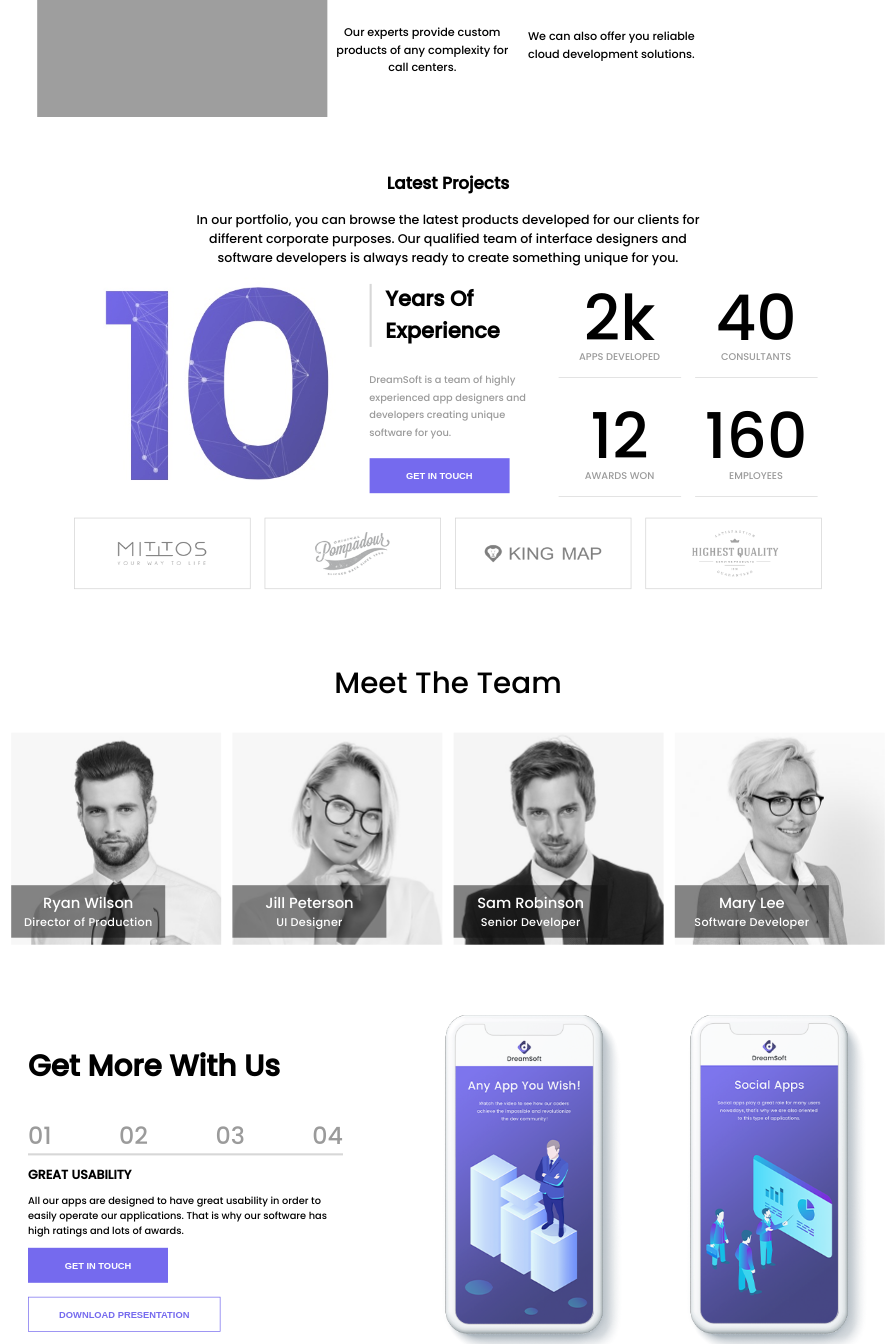
Repository: kkyler24/ladders-bootcamp-awesome
Page: index.html
An editor plug-in stored every save of this project. The page is shown before and after the next save, followed by the edit.
The browser window is 1280 px wide. The pictures show the part of the page from y = 1172 to 3092 px (the page is 5946 px tall before and 5973 px after), at 70% of full size.
Pictures or frames that could not be fetched are drawn as grey boxes.

Above is the page before, as saved 2021-03-19 16:11:36.

### index.html
<!DOCTYPE html>
<html lang="en">
  <head>
    <meta charset="UTF-8" />
    <meta name="viewport" content="width=device-width, initial-scale=1.0" />
    <link rel="stylesheet" href="style.css" />
    <link rel="stylesheet" href="kstyle.css" />
    <link rel="preconnect" href="https://fonts.gstatic.com">
    <link href="https://fonts.googleapis.com/css2?family=Poppins:wght@500&display=swap" rel="stylesheet">
    <title>Demo</title>
  </head>
  <body>
    <header></header>
    <nav class="container-nav">
      <a class="logopic">
        <img src="./img/jumbotron/logo-default-191x52.png" alt="MCLA LOGO"   height="63.99" width="220">
      </a>
      <div class="nav-link">
      <ul>
        <li class=" list-inline">
          <a href="./index.html">Home</a>
        </li>
        <li class="nav-item active list-inline">
          <a href="./index.html">About Us</a>
        </li>
        <li class="nav-item active list-inline">
          <a href="./index.html">Gallery</a>
        </li>
        <li class="nav-item active list-inline">
          <a href="./index.html">Pricing</a>
        </li>
        <li class="nav-item active list-inline">
          <a href="./index.html">Blog</a>
        </li>
      </ul>
    </div>
      <!-- <button></button> -->

    </nav>
    <!-- jumbotron 3 slides -->
    <div id="jumbotron" class="carousel">
      <!-- <ul class ="carousel-indicators">
          <li data-target="#carouselExampleCaptions" data-slide-to="0" class="active"></li>
          <li data-target="#carouselExampleCaptions" data-slide-to="1"></li>
          <li data-target="#carouselExampleCaptions" data-slide-to="2"></li>
          <li data-target="#carouselExampleCaptions" data-slide-to="3"></li>
      </ul> -->
      <div class="container-jumbo">
          <div class="carousel-item">
              <img id="jumboimgOne"src="./img/jumbotron/jess-bailey-q10VITrVYUM-unsplash.jpg"  alt="..." />
              <div class="jumboheadline">
                <h2 class="jumbotext">Mobile App Development</h2><br>
                  <div id="indext">
                    <p class="jumboPara"> Since our establishment, we have delivering high-quality and sutainable <br> software solutions for corporate purpose of worldwide business.</p>
                  </div>

              </div>
          </div>
          <!-- <div class="carousel-item">
              <img src="Assets/diversity2gether.jpg" class="d-block w-100" alt="..." />
              <div class="carousel-caption d-none d-md-block">
                  <h5>We Celebrate diversity</h5>
              </div>
          </div>
          <div class="carousel-item">
              <img src="Assets/womensrights.jpg" class="d-block w-100" alt="..." />
              <div class="carousel-caption d-none d-md-block">
                  <h5> We charise our choices</h5>
              </div>
          </div>
          <div class="carousel-item">
              <img src="Assets/climate.jpg" class="d-block w-100" alt="..." />
              <div class="carousel-caption d-none d-md-block">
                  <h5> We protect whats ours</h5>
              </div> -->
          </div>
      </div>
  </div>
  <!-- <a class="carousel-control-prev" href="#carouselExampleCaptions" role="button" data-slide="prev">
      <span class="carousel-control-prev-icon" aria-hidden="true"></span>
      <span class="sr-only">Previous</span>
  </a>
  <a class="carousel-control-next" href="#carouselExampleCaptions" role="button" data-slide="next">
      <span class="carousel-control-next-icon" aria-hidden="true"></span>
      <span class="sr-only">Next</span>
  </a> -->
</div>

    </section>

    <section class="all-service-section">
      <!-- see all services -->
          <div class="all-services-img">
            <img src="https://ld-wt73.template-help.com/wt_prod-18959/images/index-1-415x592.jpg" alt="" width="415" height="592">
          </div>

          <div class="all-services-container">

              <div class="corporate-solutions-block">
                <h3 class="all-services-h3">See All Services</h3>
                <button class="all-services-button">All Services</button>
              </div>
              <div class="corporate-solutions-block">
                <img src="./img/icon-phone.PNG" alt="">
                <h4 class="services-title-h4">CORPORATE SOLUTIONS</h4>
                <p class="corporate-solutions-text">Need specific software for your company? We are ready to develop it!</p>
              </div>
              <div class="corporate-solutions-block">
                <img src="./img/icon-headset.PNG" alt="">
                <h4 class="services-title-h4">CALL CENTER SOLUTIONS</h4>
                <p class="corporate-solutions-text">Our experts provide custom products of any complexity for call centers.</p>
              </div>
              <div class="corporate-solutions-block">
                <img src="./img/icon-cloud-box.PNG" alt="">
                <h4 class="services-title-h4">CLOUD DEVELOPMENT</h4>
                <p class="corporate-solutions-text">We can also offer you reliable cloud development solutions.</p>
              </div>

          </div>
    </section>

    <section class="sectThree">
      <!-- latest Projects -->
      <div class="latestPro">
        <h1 id="latestPro"> Latest Projects</h1>
        <p id="latestPara">In our portfolio, you can browse the latest products developed for our clients for different corporate purposes. Our qualified team of interface designers and software developers is always ready to create something unique for you.</p>
        <div></div>

      </div>
    </section>

    <section class="achievements-section">
      <!-- achievements -->
      <figure>
      <img src="./img/10.jpg" alt="Animated number ten" height="300" />
      </figure>
      <div class="years-of-experience-container">
        <h1>Years Of Experience</h1>
        <p>
          DreamSoft is a team of highly experienced app designers and developers
          creating unique software for you.
        </p>
        <button class="get-in-touch-button">Get in touch</button>
      </div>
      <div class="achievements-numbers-container">
        <div class="achievements-numbers-block">
          <h2>2k</h2>
          <p>APPS DEVELOPED</p>
        </div>
        <div class="achievements-numbers-block">
          <h2>40</h2>
          <p>CONSULTANTS</p>
        </div>
        <div class="achievements-numbers-block">
          <h2>12</h2>
          <p>AWARDS WON</p>
        </div>
        <div class="achievements-numbers-block">
          <h2>160</h2>
          <p>EMPLOYEES</p>
        </div>
      </div>
      <div class="logo-links-container">
        <figure>
          <img src="./img/clients-9-270x117.png" alt="Mittos Logo" >
        </figure>
        <figure>
          <img src="./img/clients-10-270x117.png" alt="Pompadour Logo" >
        </figure>
        <figure>
          <img src="./img/clients-3-270x117.png" alt="King Map Logo" >
        </figure>
        <figure>
          <img src="./img/clients-11-270x117.png" alt="Highest Quality Logo" >
        </figure>
      </div>
    </section>

    <section class="meet-the-team-section">
      <!-- meet the team -->
      <h2 class="meet-the-team-h2">Meet The Team</h2>

      <div class="meet-the-team-main-container">

          <div class="meet-team-block">
            <img src="./img/ryan-wilson.jpg" alt="">

            <div class="meet-team-text-block">
              <h4 class="meet-the-team-h4">Ryan Wilson</h4>
              <p class="meet-the-team-p">Director of Production</p>
            </div>
          </div>
          <div class="meet-team-block">
            <img src="./img/jill-peterson.jpg" alt="">

            <div class='meet-team-text-block'>
              <h4 class="meet-the-team-h4">Jill Peterson</h4>
              <p class="meet-the-team-p">UI Designer</p>
            </div>
          </div>
          <div class="meet-team-block">
            <img src="./img/sam-robinson.jpg" alt="">

            <div class='meet-team-text-block'>
              <h4 class="meet-the-team-h4">Sam Robinson</h4>
              <p class="meet-the-team-p">Senior Developer</p>
            </div>
          </div>
          <div class="meet-team-block">
            <img src="./img/mary-lee.jpg" alt="">

            <div class='meet-team-text-block'>
              <h4 class="meet-the-team-h4">Mary Lee</h4>
              <p class="meet-the-team-p">Software Developer</p>
            </div>
          </div>

      </div>
    </section>

    <section class="get-more-with-us-section">
      <!-- Get more with us -->
      <section class="get-more-with-us">
        <h1>Get More With Us</h1>
        <div class="numbers">
          <p>01</p>
          <p>02</p>
          <p>03</p>
          <p>04</p>
        </div>
        <h2>GREAT USABILITY</h2>
        <p class="get-more-about-project">
          All our apps are designed to have great usability in
          order to easily operate our applications.
          That is why our software has high ratings and lots of awards.
        </p>
        <button class="get-in-touch-button">Get in touch</button>
        <button class="download-presentation-button">Download presentation</button>
      </section>
      <img src="img/index-4-261x484.png" alt="Screen with Any App You Wish">
      <img src="img/index-5-261x484.png" alt="Screen with Socia Apps">
    </section>

    <section class="what-people-say-section">
      <!-- What People Say -->
      <h2 class="what-people-say-h2">What People Say</h2>

      <div class="what-people-say-main-container">

        <div class="client-container">
          <img src="./img/catherine-wilson.jpg" alt="">
          <div class="client-title">
            <h4 class="client-name-h4">Catherine Williams</h4>
            <p>Regular client</p>
          </div>
          <div class="client-body">
            <p class="client-body-p">DreamSoft offers a high caliber of resources skilled
            in Microsoft Azure .NET, mobile and Quality Assurance. They
            became our true business partners over the past three years.</p>
          </div>
        </div>
        <div class="client-container">
          <img src="./img/rupert-woods.jpg" alt="">
          <div class="client-title">
            <h4 class="client-name-h4">Rupert Wood</h4>
            <p>Regular client</p>
          </div>
          <div class="client-body">
            <p class="client-body-p">DreamSoft powered us with a competent team to develop
            products for banking services. The team has been delivering
            results within budget and time, which is amazing.</p>
          </div>
        </div>
        <div class="client-container">
          <img src="./img/samantha-brown.jpg" alt="">
          <div class="client-title">
            <h4 class="client-name-h4">Samantha Brown</h4>
            <p>Regular client</p>
          </div>
          <div class="client-body">
            <p class="client-body-p">DreamSoft is a highly skilled and uniquely capable
            firm with multitudes of talent on-board. We have
            results within budget and time, which is amazing.
            collaborated on a number of diverse projects that
            have been a great success.</p>
          </div>
        </div>

      </div>

    </section>

    <section class="latest-blog-posts-section">
      <h2 class="what-people-say-h2">Latest Blog Posts</h2>
      <div class="posts-container">
        <div class="post-block">
          <figure>
          <img class="post-cover" src="img/post-10-370x307.jpg">
          <img class="post-date-label" src="img/label.svg">
          <p class="post-label-date">07/04</p>
          </figure>
          <h4 class="block-post-h4">Benefits Of Async/Await</h4>
            <p class="blog-post-p">
            Asynchronous functions are a good and bad thing in JavaScript.
            The good side is that asynchronous functions are non-blocking and…
            </p>
        </div>
        <div class="post-block">
          <figure>
          <img class="post-cover" src="img/post-11-370x307.jpg">
          <img class="post-date-label" src="img/label.svg">
          <p class="post-label-date">07/17</p>
          </figure>
          <h4 class="block-post-h4">Key Considerations Of IPaaS</h4>
            <p class="blog-post-p">
              Digital transformation requires cloud appropriate adoption,
              legacy IT systems modernization, and Agile-based methodologies for faster…
            </p>
        </div>
        <div class="post-block">
          <figure>
          <img class="post-cover" src="img/post-12-370x307.jpg">
          <img class="post-date-label" src="img/label.svg">
          <p class="post-label-date">07/22</p>
          </figure>
          <h4 class="block-post-h4">Hibernate Query Language</h4>
            <p class="blog-post-p">
              In this tutorial, we will discuss the
              Hibernate Query Language. HQL is an object-oriented query language.
              Hibernate Query...
            </p>
        </div>
      </div>
    </section>

    <footer>
      <!-- contacts and info -->
      <section class="footer-contacts">
        <img src="img/logo-inverse-191x52.png" alt="DreamSoft Logo">
        <p class="about-company">
          Our company has been developing high-quality and reliable software
          for corporate needs since 2008. We are renowned professionals of
          software development.</p>
        <div class="address-block-container">
          <div class="one-contact-block">
            <h2>ADDRESS</h2>
            <p>4730 Crystal Springs Dr, Los Angeles, CA 90027</p>
          </div>
          <div class="one-contact-block">
            <h2>PHONES</h2>
            <p>
              <span class="changing-color">+1 323-913-4688</span>
              <span>,</span>
              <span class="changing-color">+1 323-888-4554</span>
            </p>
          </div>
          <div class="one-contact-block">
            <h2>E-MAILS</h2>
            <p>
              <span>info@demolink.org</span>
              <span>,</span>
              <span>mail@demolink.org</span>
            </p>
          </div>
          <div class="social-media-links-container">
            <img src="img/iconfinder_Circled_Facebook.svg" alt="Facebook Icon">
            <img src="img/iconfinder_Circled_Instagram.svg" alt="Facebook Icon">
            <img src="img/iconfinder_Circled_Linkedin.svg" alt="Facebook Icon">
            <img src="img/iconfinder_Circled_Twitter.svg" alt="Facebook Icon">
          </div>
        </div>
      </section>
      <form class="contact-form">
        <h1>Questions? Contact Us</h1>
        <input class="input-field-1" type="text" id="name" name="name" placeholder="Name"><br>
        <input class="input-field-1" type="text" id="email" name="email" placeholder="Email"><br>
        <input class="input-field-2" type="text" id="message" name="message" placeholder="Message"><br>
        <button class="send-message-button">Send message</button>
      </form>
      <section class="what-we-offer">
        <h1>What We Offer</h1>
        <div class="what-we-offer-container">
            <figure class="what-we-offer-item">
              <p>DB Management</p>
              <figure class="triangle"></figure>
            </figure>
            <figure class="what-we-offer-item">
              <p>IOS/MacOS</p>
              <figure class="triangle"></figure>
            </figure>
            <figure class="what-we-offer-item">
              <p>Android Apps</p>
              <figure class="triangle"></figure>
            </figure>
            <figure class="what-we-offer-item">
              <p>Windows Apps</p>
              <figure class="triangle"></figure>
            </figure>
            <figure class="what-we-offer-item">
              <p>UX/UI Apps</p>
              <figure class="triangle"></figure>
          </figure>
        </div>
        </section>
      </footer>
  </body>
</html>

### kstyle.css
html, body{
  overflow-x: hidden;


}

/* Navbar git  */
.container-nav {
  display: flex;
}

.list-inline {
  display: inline;
  list-style-type: none;
  padding-right: 10px;
  font-family: Georgia, "Times New Roman", Times, serif;
}

a.logopic {
  flex-flow: row;
  flex-grow: 3;
}

ul.li.a {
  font-family: "Poppins", sans-serif;
  font-weight: 500;
  color: black;
}

/* Jumbotron */
.jumboPara {
  text-align: center;
}

.jumbotron .container-jumbo {
  max-width: 100%;
  background-color: #222;
}

#jumbotron {
  padding: 30px 0px 30px 0px;
  max-width: 100%;
  background-color: transparent;
  overflow: hidden;
}

.container-jumbo {
  display: flex;
  width: 100%;
  margin: 0 auto;
  height: 561px;
}

.jumbotext {
  text-align: center;
  color: rgb(2, 2, 2);
  font-family: "Raleway", Helvetica, Arial, sans-serif;
  font-weight: 600;
  text-transform: uppercase;
}

.jumboheadline {
  display: flex;
  flex-direction: column;
  height: 506px;
  justify-content: flex-end;
}

#jumboimgOne {
  z-index: 0;
  position: absolute;
  display: flex;
  /* flex-grow: 1; */
  width: 100%;
  overflow-x: hidden;
}

.carousel-item {
  text-align: center;
  width: 100%;
}

.carousel-item,
.jumbotext,
#indext {
  position: relative;
  z-index: 2;
}

/* latest Section */

.sectThree{
  display: flex;
  font-family: "Poppins", sans-serif;
  text-align: center;
}

#latestPara{
 font-size: 18px;
 /* padding: 0px 20px 0px 20px; */
 margin: auto 20% auto 20%;
}

Loaded but not shown: style.css (628 lines, source omitted)

After the next save:
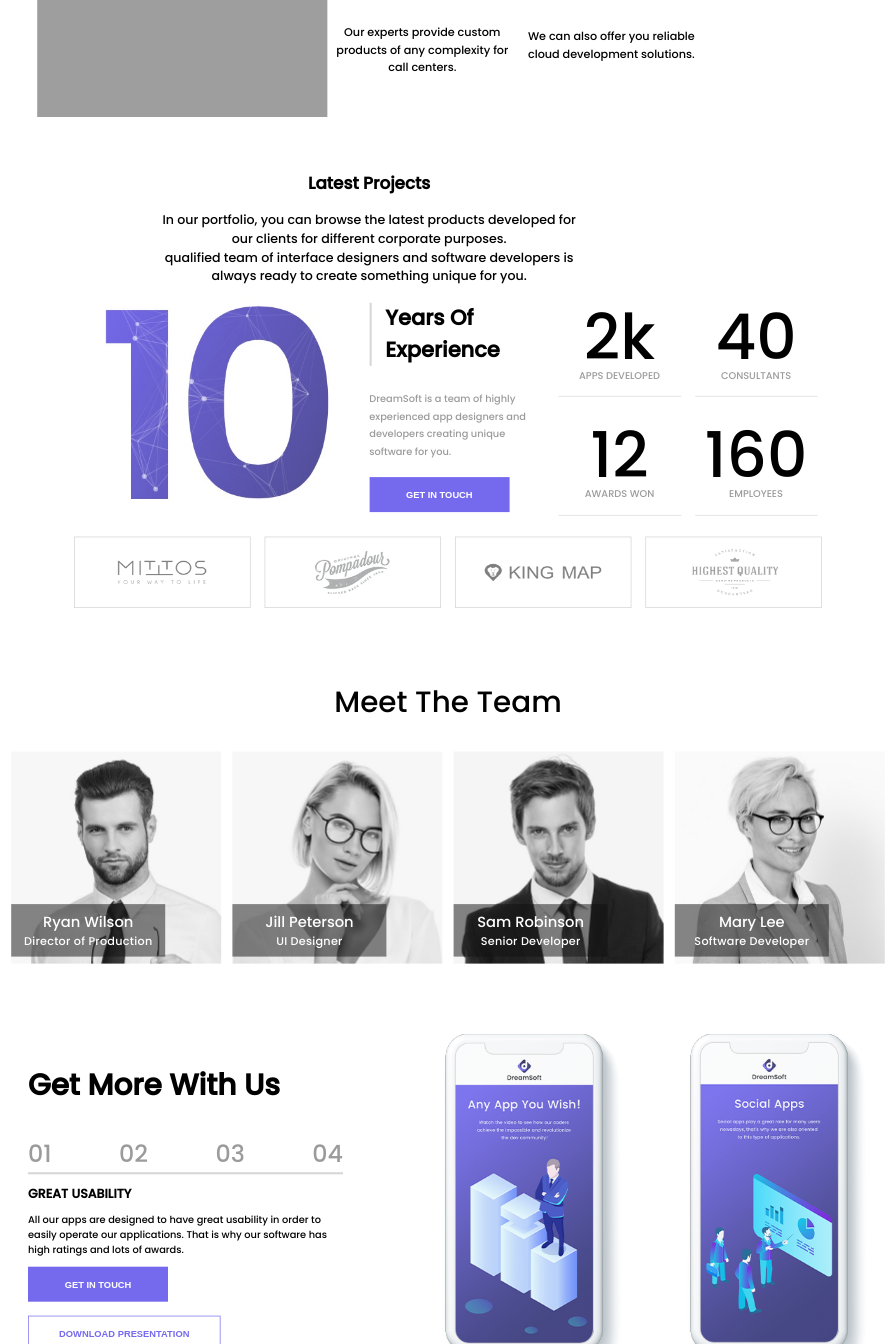
Saved 61 s later.
--- a/index.html
+++ b/index.html
@@ -123,7 +123,7 @@
       <!-- latest Projects -->
       <div class="latestPro">
         <h1 id="latestPro"> Latest Projects</h1>
-        <p id="latestPara">In our portfolio, you can browse the latest products developed for our clients for different corporate purposes. Our qualified team of interface designers and software developers is always ready to create something unique for you.</p>
+        <p id="latestPara">In our portfolio, you can browse the latest products developed for our clients for different corporate purposes. <br> qualified team of interface designers and software developers is always ready to create something unique for you.</p>
         <div></div>
 
       </div>

After the 2 saves that followed:
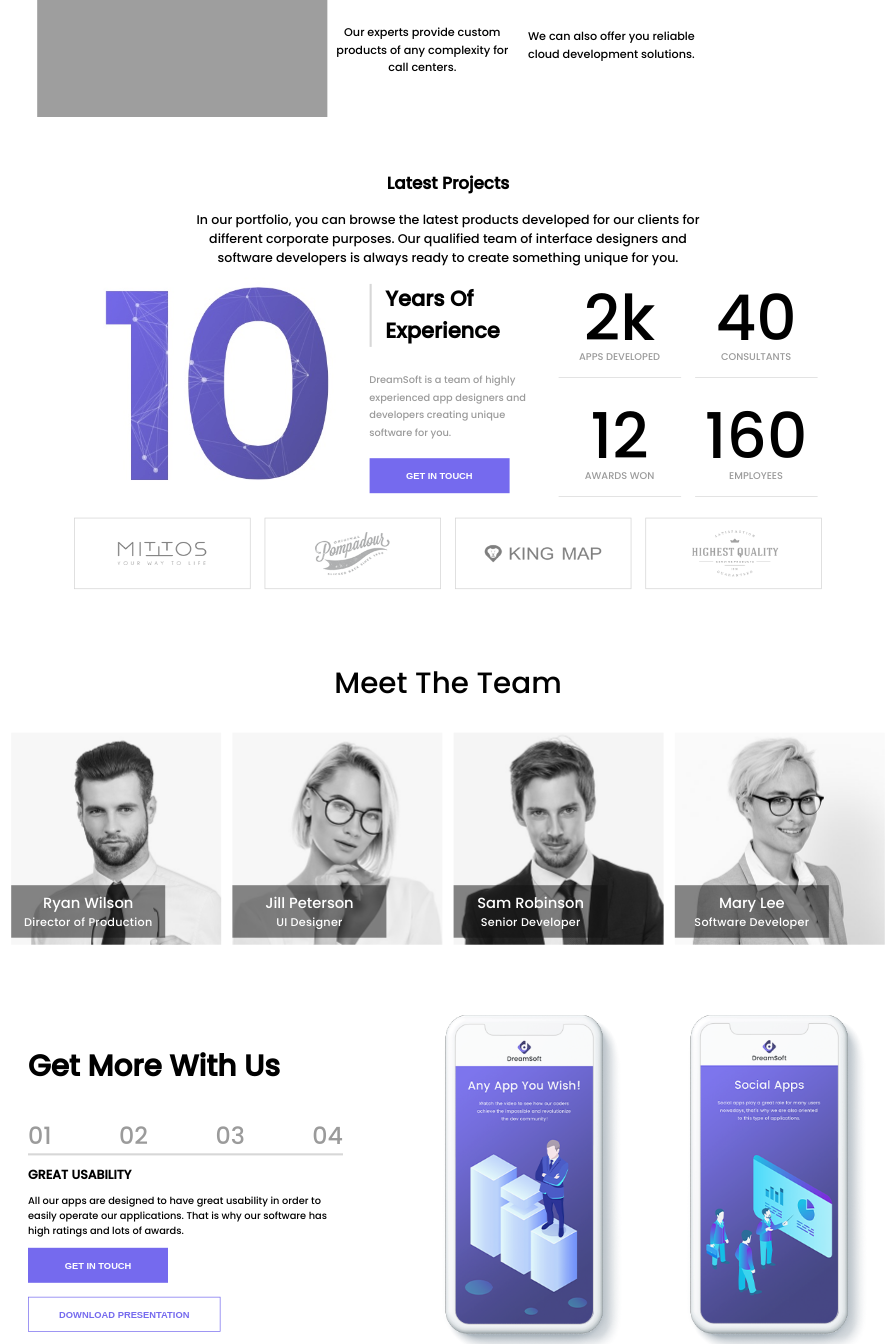
The 2 saves are shown as one change because 1 left the picture as it was.
The last was saved 63 s later.
--- a/index.html
+++ b/index.html
@@ -123,7 +123,7 @@
       <!-- latest Projects -->
       <div class="latestPro">
         <h1 id="latestPro"> Latest Projects</h1>
-        <p id="latestPara">In our portfolio, you can browse the latest products developed for our clients for different corporate purposes. <br> qualified team of interface designers and software developers is always ready to create something unique for you.</p>
+        <p id="latestPara">In our portfolio, you can browse the latest products developed for our clients for different corporate purposes. Our qualified team of interface designers and software developers is always ready to create something unique for you.</p>
         <div></div>
 
       </div>
--- a/kstyle.css
+++ b/kstyle.css
@@ -97,6 +97,5 @@ ul.li.a {
 
 #latestPara{
  font-size: 18px;
- /* padding: 0px 20px 0px 20px; */
  margin: auto 20% auto 20%;
 }
